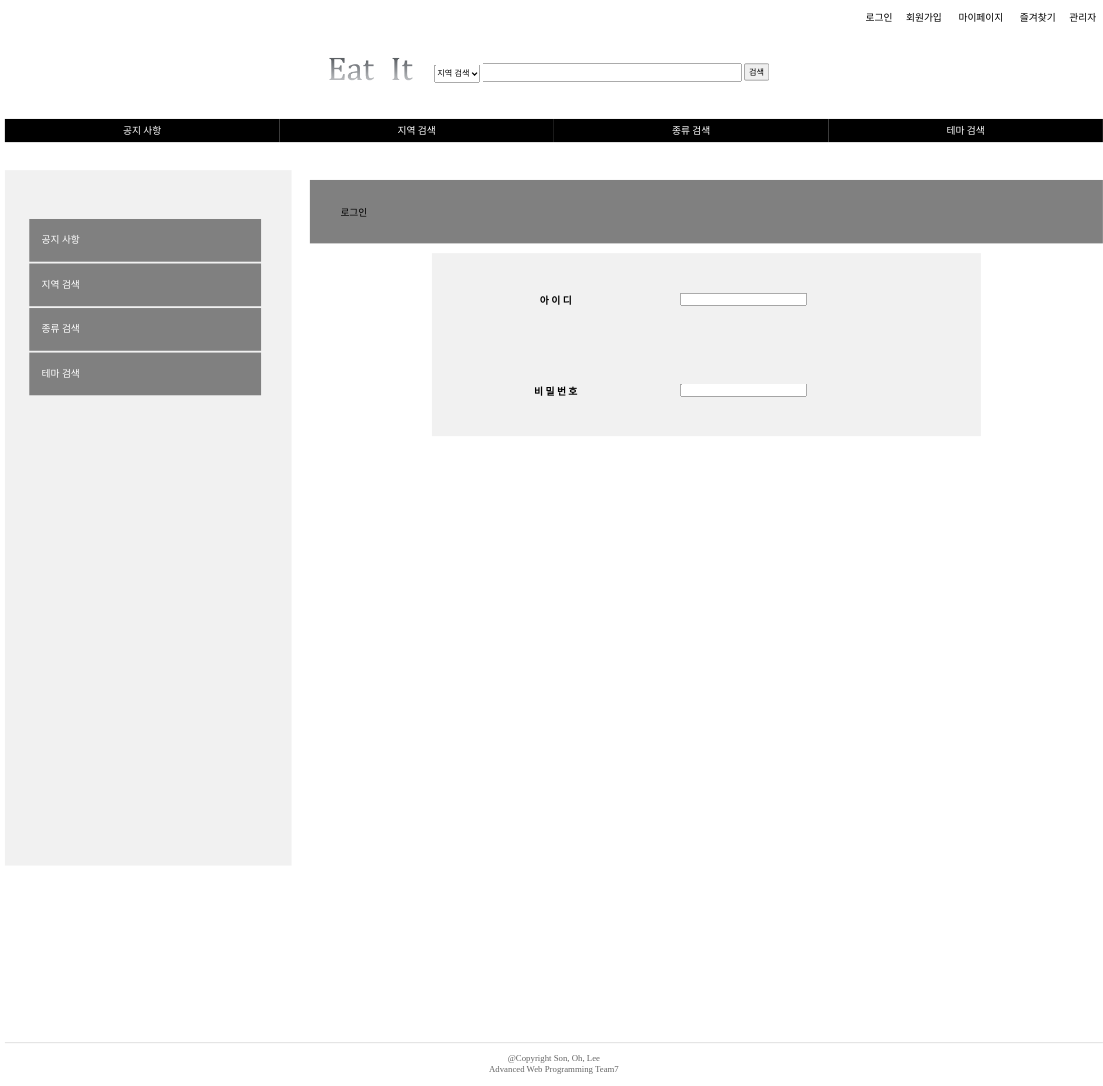
Repository: sonminho/aos
Page: http://localhost/EatIt/login.jsp
These files come from the project's save history. The page is drawn as it stood at one moment and after the next save; the edit follows.
The browser window is 1280 px wide. The page is 1808 px wide, so the pictures cover 1808 px, including what lies to the right of the window. The pictures show the whole page, at 61% of full size.
Some web libraries are served in a nearby version. The page is served by Tomcat 9. Other server files are loaded and not shown.

Above is the page before, as saved 2017-12-11 11:29:27.
Console error: TypeError: Cannot read properties of undefined (reading 'style')

### EatIt/EatIt/WebContent/login.jsp
<%@ page language="java" contentType="text/html; charset=EUC-KR"
    pageEncoding="EUC-KR"%>
<%@ page import="dao.PlaceDAO, dto.PlaceVO, java.util.*" %>
<!DOCTYPE html>
<html>
<head>
<meta charset="UTF-8">
<title>Eat it 맛과 즐거움</title>
<style>
	html, body{
		height:100%;
	}

	body > .main_div{
		height:auto;
		min-height:100%;
	}

	.main_div{
		width:1800px;
		height:100%;
		margin:0px auto;
	}

   .top_nav {
      width:400px;
      height:40px;
      float:right;
      text-align:center;
   }

   .main_search {
   	  clear:both;
   	  width:800px;
      margin:0px auto;
      margin-top:50px;
   }

   .main_search input{
      vertical-align:30px;
      height:24px;
   }

   .main_search select{
      vertical-align:28px;
      height:30px;
   }

   .search_img {
      width:200px;
   }

   #main_category{
      width:1800px;
      margin:0px auto;
      text-align:center;
   }

   #container {
      width:100%;
      min-height:1400px;
      margin-top:30px;
      padding-bottom:30px;
   }

   #side_bar{
   	  display:block;
   	  width:390px;
   	  padding:40px;
   	  padding-top:80px;
   	  height:1020px;
   	  font-family:"Open Sans", sans-serif
   	  font-size: 1em;
   	  background: #f1f1f1;
   	  margin:0px auto;
   	  float:left;
   }

   #side_bar nav {
   	  font-size:0.875;
   }

   #side_bar nav ul {
   	  margin:0;
   	  padding:0;
   	  width:380px;
   	  list-style:none;
   	  text-indent:10px;
   }

   .menu {
   	  margin-bottom:3px;
   }

   .menu .main{
   	  display:block;
   	  height:70px;
   	  line-height:70px;
   	  text-indent:20px;
   	  text-decoration:none;
   	  background:gray;
   	  color:#fff;
   	  cursor: pointer;
   }

   .menu .main.on {
      background:red;
   }

   .menu .sub {
   	  display:none;
   }

   .menu .sub li {
   	  height:80px;
   	  line-height:80px;
   	  background:#fff;
   	  border-top:1px solid #eaeaea;
   }

   .menu .sub li:first-child{
   	  border-top:none;
   }

   .menu .sub li a {
   	  display:block;
   	  width:100%;
   	  height:100%;
   	  text-decoration: none;
   	  text-indent:20px;
   	  color:#555;
   }

   .menu .sub li a:hover{
   	  background:#eaeaea;
   	  color:#333;
   }

   #content{
   	  display:block;
   	  width:1300px;
   	  float:right;
   }

   #content:after{
      clear:both;
   }

   .footer{
   	   width:1800px;
	   margin:0px auto;
	   height:70px;
	   padding:0;
	   text-align:center;
	   border-top:1px solid #cccccc;
	   font-size:0.9em;
	   color:#666;
	   *zom:1;
   }

   li{list-style:none;}

   a{color:#000; text-decoration:none;}

   #main_bar{
   		width:100%;
   		margin:0px auto;
   		padding-top:20px;
   }

   #main_bar:before, #main_after{
   		content:"";
   		display:block;
   }
   #main_bar:after{
   		clear:both;
   }

   #main_bar nav {
   		font-size: 1rem;
   }

   #main_bar nav > ul {
   		margin: 0;
   		padding: 0;
   		list-style: none;
   }

   #main_bar nav li {
   		position:relative;
   		float:left;
   		width:450px;
   		height:38px;
   }

   #main_bar ul{
   		margin: 0;
		padding: 0;
   }

   #main_bar nav li a {
   		display: block;
   		width:100%;
   		line-height:38px;
   		text-align:center;
   		text-decoration:none;
   		background:black;
   		color:#fff;
   }

   #main_bar nav li a:hover, nav li a.on{
   		background: gray;
   }

   #main_bar nav ul ul {
   		display: none;
   		position: absolute;
   		top:38px;
   }

   #main_bar nav ul ul li a {
		background: #fff;
		color: #555;
		border-top: 1px solid #eaeaea;
	}

	#main_bar nav ul ul li:first-child a {
		border-top: none;
	}

	#main_bar nav ul ul li a:hover, .nav ul ul li a.on {
		background: #eaeaea;
		color: #333;
	}

	#content ul{
		padding:40px 50px;
		background: gray;
	}

	#content table{
		width:900px;
		height:300px;
		margin:0px auto;
		background:#f1f1f1;
		border:0;
	}

	#detail{
		background:#f1f1f1;
	}
</style>
<script src="http://code.jquery.com/jquery-3.1.1.js"></script>
<script>
$(function() {
	var gnbA = $('#main_category>li>a');
	var ul = $('#main_category>li>ul');
	gnbA.on("mouseenter focus", function(){
		if(gnbA.target){
			$(gnbA.target).next().hide();
			$(this).next().show();
		} else {
			$(this).next().show();
		}

		gnbA.target = this;
	});
	gnbA.mouseleave(function() {
		$(this).next().hide();
	});
	ul.hover(function(){
		$(this).show();
	}, function(){
		$(this).hide();
	});
});
</script>
<script>
	var index = 0;

	window.onload = function() {
		slideShow();
	}

	function slideShow() {
		var i;
		var x = document.getElementsByClassName("img_ad");

		for(i = 0; i<x.length; i++) {
			x[i].style.display = "none";
		}

		index++;

		if(index > x.length) {
			index = 1;
		}

		x[index-1].style.display = "block";

		setTimeout(slideShow, 2000);
	}
</script>
<script>
	$(function(){
		$(".sub").hide();

		$(".main").on("click", function(){
			if($(this).hasClass("on") == false) {
				$(".main").removeClass("on");
				$(this).addClass("on");
				$(".sub").slideUp("fast");
				$(this).next().slideDown("fast");
			} else {
				$(this).removeClass("on");
				$(this).next().slideUp("fast");
			}
		});
	});
</script>

</head>
<body>
<div class="main_div">
<table class="top_nav">
   <tr>
      <td><a href="#">로그인</a></td>
      <td>회원가입</td>
      <td>마이페이지</td>
      <td>즐겨찾기</td>
      <td>관리자</td>
   </tr>
</table><br>
<form class="main_search">
   <a href="index.jsp"><img class="search_img" src="img/eat_it.jpg"></a>
   <select>
   		<option>지역 검색</option>
   		<option>종류 검색</option>
   		<option>테마 검색</option>
   </select>
   <input type="text" size="50">
   <input type="submit" value="검색" style="height:28px;">
</form>
<br>
<div id="main_bar">
	<nav>
	<ul id="main_category">
		<li class="m1"><a href="#">공지 사항</a>
		</li>
		<li class="m2"><a href="#">지역 검색</a>
			<ul>
				<li><a href="#">노원구</a></li>
				<li><a href="#">광진구</a></li>
				<li><a href="#">강북구</a></li>
				<li><a href="#">영등포구</a></li>
				<li><a href="#">강서구</a></li>
				<li><a href="#">강남구</a></li>
				<li><a href="#">마포구</a></li>
			</ul>
		</li>
		<li class="m3"><a href="#">종류 검색</a>
			<ul>
				<li><a href="#">한식</a></li>
				<li><a href="#">일식</a></li>
				<li><a href="#">중식</a></li>
			</ul>
		</li>
		<li class="m4"><a href="#">테마 검색</a>
			<ul>
				<li><a href="#">데이트</a></li>
				<li><a href="#">가족 모임</a></li>
				<li><a href="#">비지니스</a></li>
				<li><a href="#">상견례</a></li>
			</ul>
		</li>
	</ul>
	</nav>
</div>
<br><br>
<br>
<div id="container">
	<div id="side_bar">
		<nav>
			<ul>
				<li class="menu"><a class="main" href="#">공지 사항</a>
				</li>
				<li class="menu"><a class="main" href="#">지역 검색</a>
					<ul class="sub">
						<li><a href="#">노원구</a></li>
						<li><a href="#">광진구</a></li>
						<li><a href="#">강북구</a></li>
						<li><a href="#">영등포구</a></li>
						<li><a href="#">강서구</a></li>
						<li><a href="#">강남구</a></li>
						<li><a href="#">마포구</a></li>
					</ul>
				</li>
				<li class="menu"><a class="main" href="#">종류 검색</a>
					<ul class="sub">
						<li><a href="#">한식</a></li>
						<li><a href="#">일식</a></li>
						<li><a href="#">중식</a></li>
					</ul>
				</li>
				<li class="menu"><a class="main" href="#">테마 검색</a>
					<ul class="sub">
						<li><a href="#">데이트</a></li>
						<li><a href="#">가족 모임</a></li>
						<li><a href="#">비지니스</a></li>
						<li><a href="#">상견례</a></li>
					</ul>
				</li>
			</ul>
	</nav>
	</div> <!-- side bar -->
	<div id="content">
		<ul>
			<li>로그인</li>
		</ul>
		<div id="content_list">
			<table>
				<tr>
					<th style="width:400px;">아&nbsp;이&nbsp;디</th><td><input type="text" style="width:200px; hiehgt:20px"></td>
				</tr>
				<tr>
					<th style="width:400px;">비&nbsp;밀&nbsp;번&nbsp;호</th><td><input type="text" style="width:200px; hiehgt:20px"></td>
				</tr>
			</table>
		</div>
	</div>
</div><!-- container -->
</div> <!-- main_div -->

<div class="footer">
<br>
@Copyright Son, Oh, Lee
<br>
Advanced Web Programming Team7
</div>
</body>
</html>

After the next save:
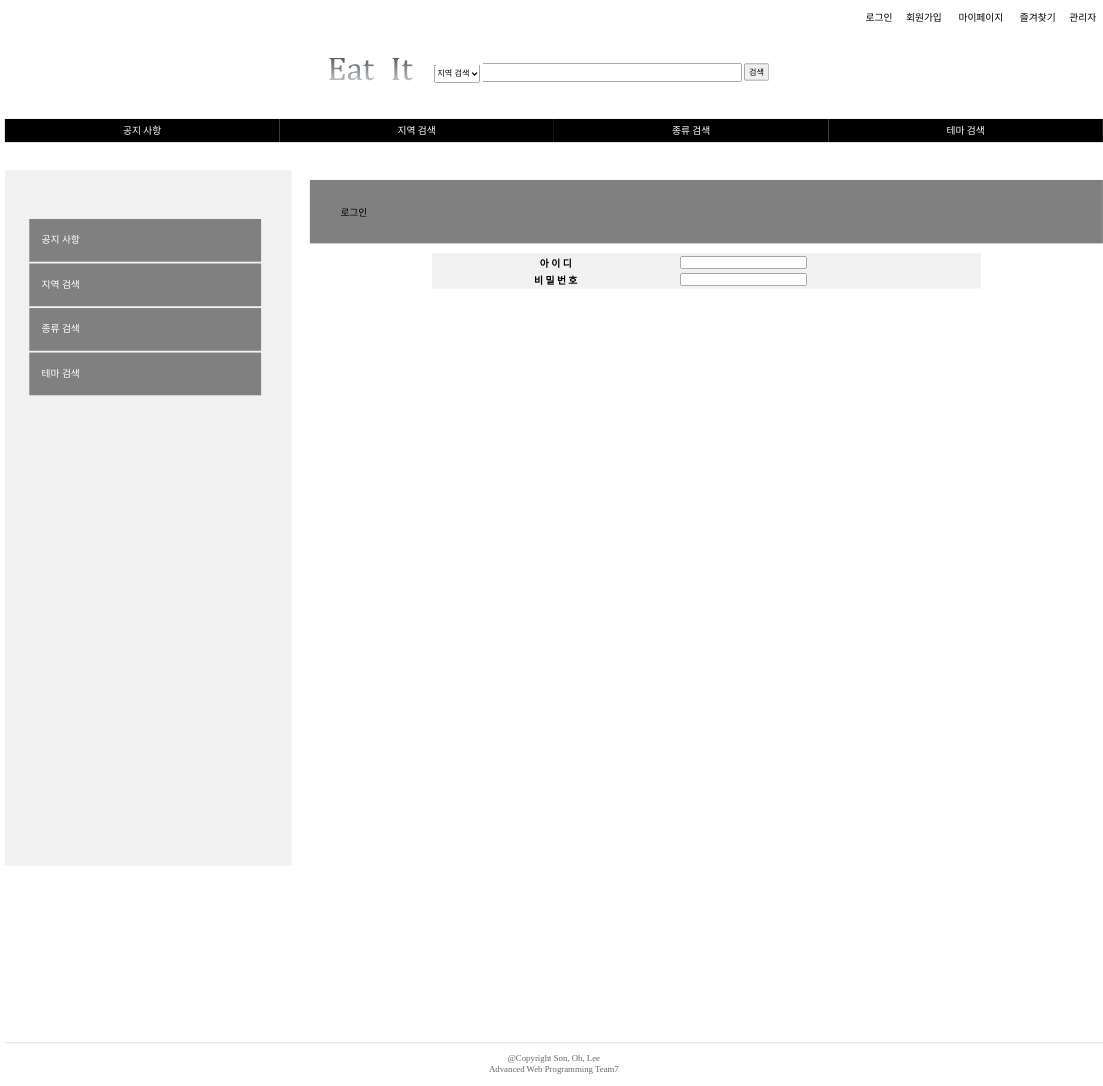
Saved 22 s later.
--- a/EatIt/EatIt/WebContent/login.jsp
+++ b/EatIt/EatIt/WebContent/login.jsp
@@ -245,7 +245,9 @@
 		background:#f1f1f1;
 		border:0;
 	}
-
+	#content table{
+		height:40px;
+	}
 	#detail{
 		background:#f1f1f1;
 	}

After the save that followed:
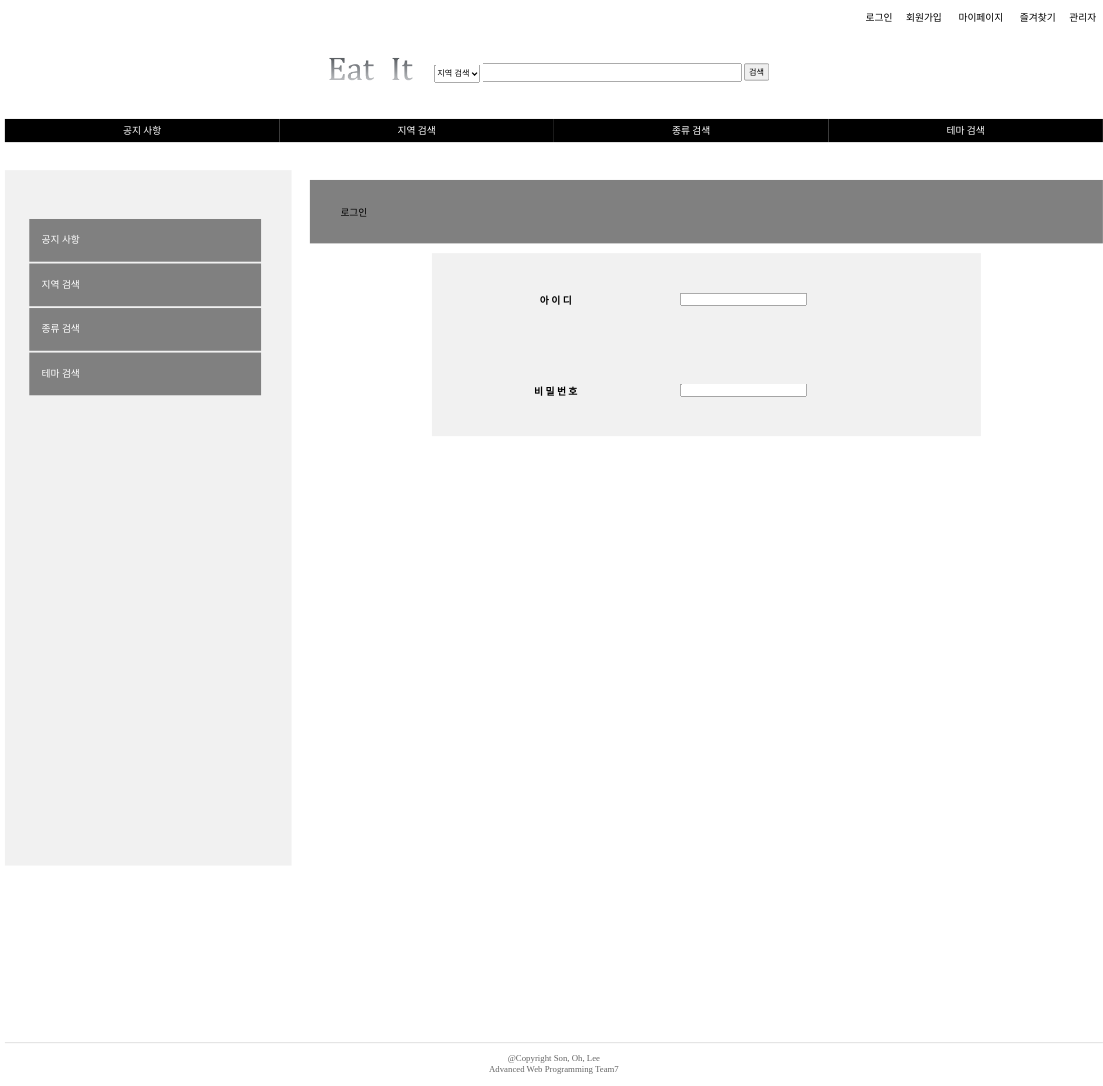
Saved 8 s later.
--- a/EatIt/EatIt/WebContent/login.jsp
+++ b/EatIt/EatIt/WebContent/login.jsp
@@ -245,7 +245,7 @@
 		background:#f1f1f1;
 		border:0;
 	}
-	#content table{
+	#content table tr{
 		height:40px;
 	}
 	#detail{
